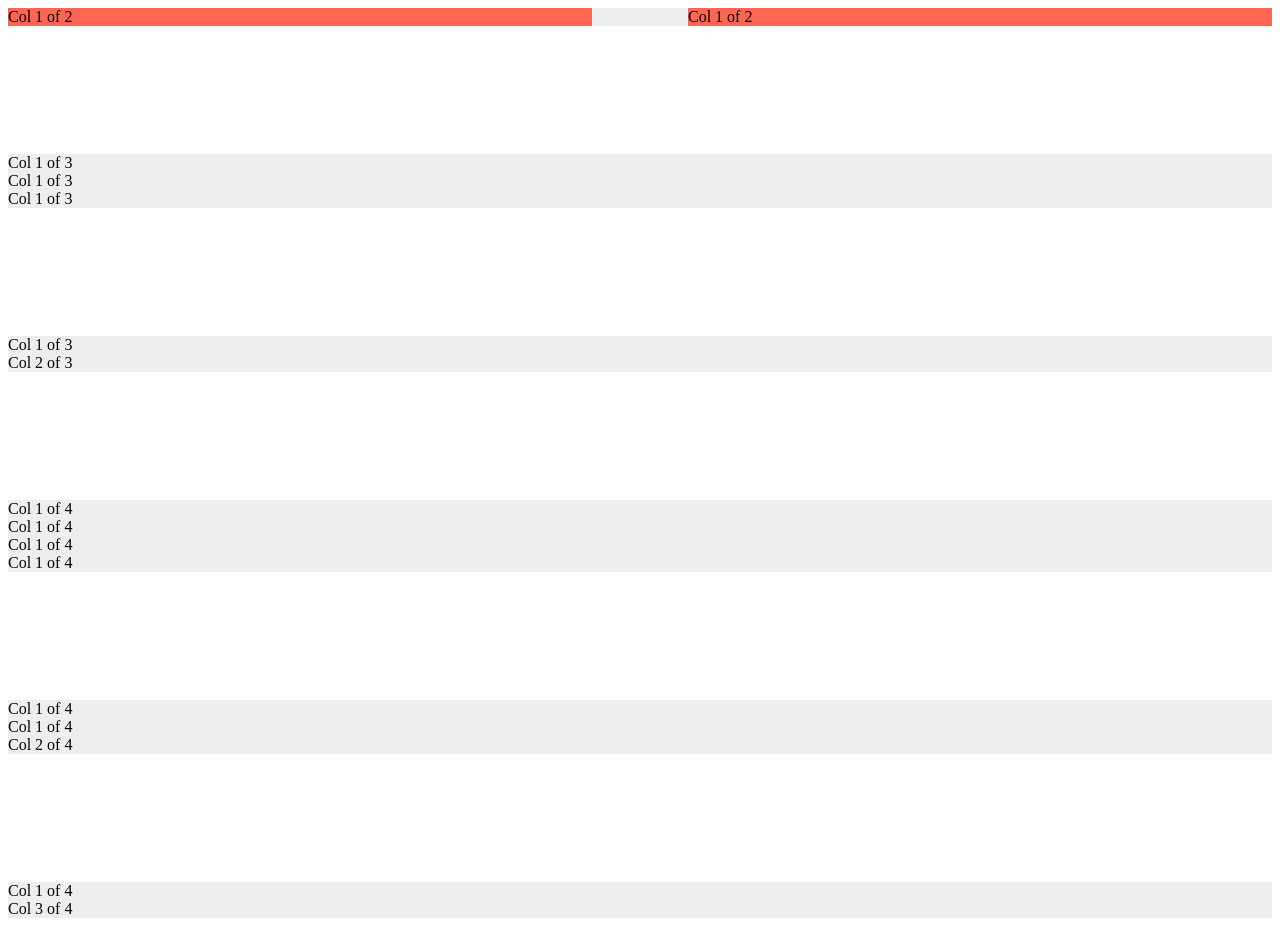
Repository: haokiet2501/grid-basic
Page: index.html
An editor plug-in stored every save of this project. The page is shown before and after a run of saves, followed by the edit.
The browser window is 1280 px wide. The pictures show the whole page.

Above is the page before, as saved 2022-08-11 18:50:33.

### index.html
<!DOCTYPE html>
<html lang="en">
<head>
    <meta charset="UTF-8">
    <meta http-equiv="X-UA-Compatible" content="IE=edge">
    <meta name="viewport" content="width=device-width, initial-scale=1.0">
    <link rel="stylesheet" href="styles.css">
    <title>GRID BASIC</title>
</head>
<body>
    <section class="grid-test">
        <div class="row">
            <div class="col-1-of-2">
                Col 1 of 2
            </div>
            <div class="col-1-of-2">
                Col 1 of 2
            </div>
        </div>

        <div class="row">
            <div class="col-1-of-3">
                Col 1 of 3
            </div>
            <div class="col-1-of-3">
                Col 1 of 3
            </div>
            <div class="col-1-of-3">
                Col 1 of 3
            </div>
        </div>

        <div class="row">
            <div class="col-1-of-3">
                Col 1 of 3
            </div>
            <div class="col-2-of-3">
                Col 2 of 3
            </div>
        </div>

        <div class="row">
            <div class="col-1-of-4">
                Col 1 of 4
            </div>
            <div class="col-1-of-4">
                Col 1 of 4
            </div>
            <div class="col-1-of-4">
                Col 1 of 4
            </div>
            <div class="col-1-of-4">
                Col 1 of 4
            </div>
        </div>

        <div class="row">
            <div class="col-1-of-4">
                Col 1 of 4
            </div>
            <div class="col-1-of-4">
                Col 1 of 4
            </div>
            <div class="col-2-of-4">
                Col 2 of 4
            </div>
        </div>

        <div class="row">
            <div class="col-1-of-4">
                Col 1 of 4
            </div>
            <div class="col-3-of-4">
                Col 3 of 4
            </div>
        </div>

    </section>
</body>
</html>

### styles.css
:root {
    --grid-width: 114rem;
    --gutter-vertical: 8rem;
    --gutter-horizonal: 6rem
}

.row {
    max-width: var(--grid-width);
    background: #eee;
    margin: 0 auto;
}

.row::after {
    content: "";
    display: table;
    clear: both;
}

.row:not(:last-child) {
    margin-bottom: var(--gutter-vertical);
}

.col-1-of-2 {
    width: calc((100% - var(--gutter-horizonal)) / 2);
    background-color: #FF6651;
    float: left;
}

.col-1-of-2:not(:last-child) {
    margin-right: var(--gutter-horizonal);
}

.col-1-of-2:not(:last-child) {
    margin-right: var(--gutter-horizonal);
}

After the next 5 saves:
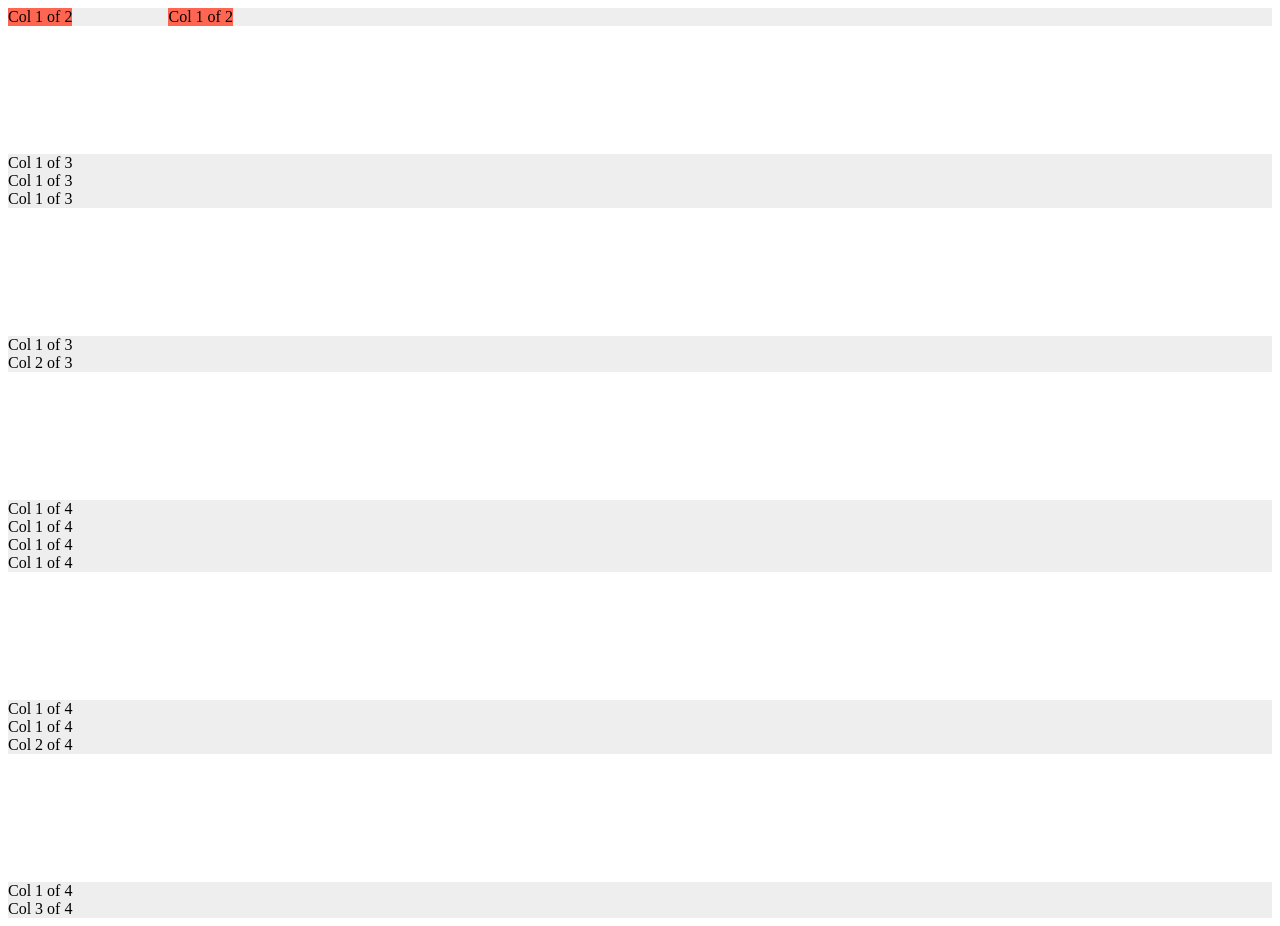
The 5 saves are shown as one change because they came seconds apart.
The last was saved 16 s later.
--- a/styles.css
+++ b/styles.css
@@ -26,8 +26,10 @@
     float: left;
 }
 
-.col-1-of-2:not(:last-child) {
-    margin-right: var(--gutter-horizonal);
+.col-1-of-2 {
+    width: calc((100% -2 * var(--gutter-horizonal)) / 2);
+    background-color: #FF6651;
+    float: left;
 }
 
 .col-1-of-2:not(:last-child) {
